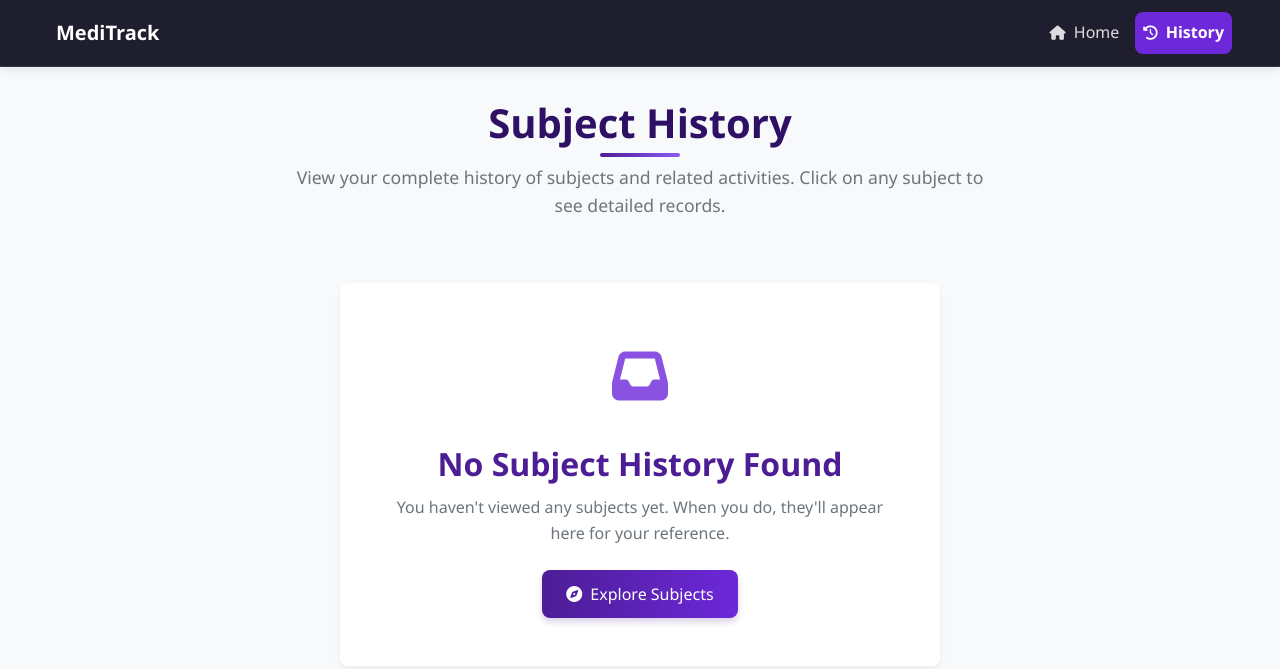
Repository: krishgobi/MedicoApp
Page: templates/subject_history.html
The author's editor kept a copy of each file at every save. The page is drawn from the files as they stood at one save, then again after the next save.
The browser window is 1280 px wide. The pictures show the whole page.
The page is served by the project's application, run on Flask 3 (chatbot_gemini_backend.py). The template is opened directly, without the code that normally fills it, so the values that code supplies are empty.

Above is the page before, as saved 2025-06-24 19:00:47.

After the next save:
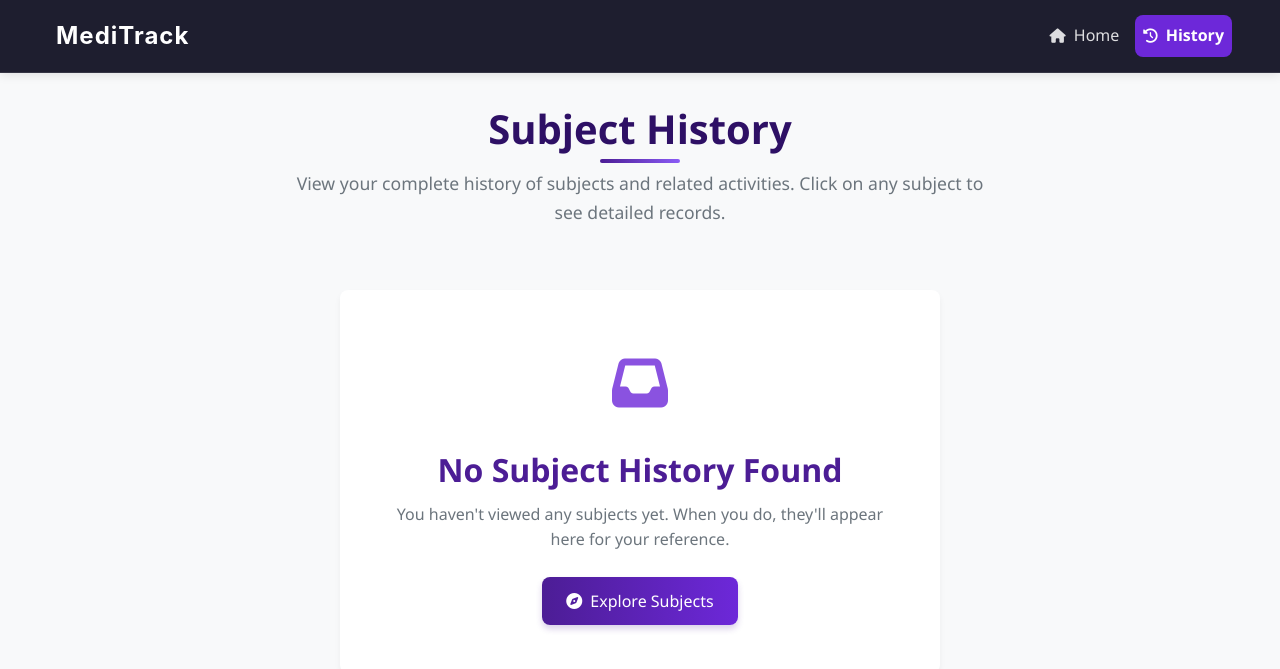
Saved 9 s later.
--- a/templates/subject_history.html
+++ b/templates/subject_history.html
@@ -55,6 +55,8 @@
             display: flex;
             align-items: center;
             transition: var(--transition);
+            font-family: 'Inter', 'Roboto', 'Segoe UI', -apple-system, BlinkMacSystemFont, sans-serif;
+            letter-spacing: 1px;
         }
 
         .navbar-brand:hover {
@@ -328,6 +330,16 @@
 
         ::-webkit-scrollbar-thumb:hover {
             background: var(--primary);
+        }
+
+        .sidebar-brand, .navbar-brand, .sidebar-header h2 {
+            font-family: 'Inter', 'Roboto', 'Segoe UI', -apple-system, BlinkMacSystemFont, sans-serif;
+            font-size: 1.5rem;
+            font-weight: 700;
+            letter-spacing: 1px;
+            color: white;
+            display: flex;
+            align-items: center;
         }
     </style>
 </head>
